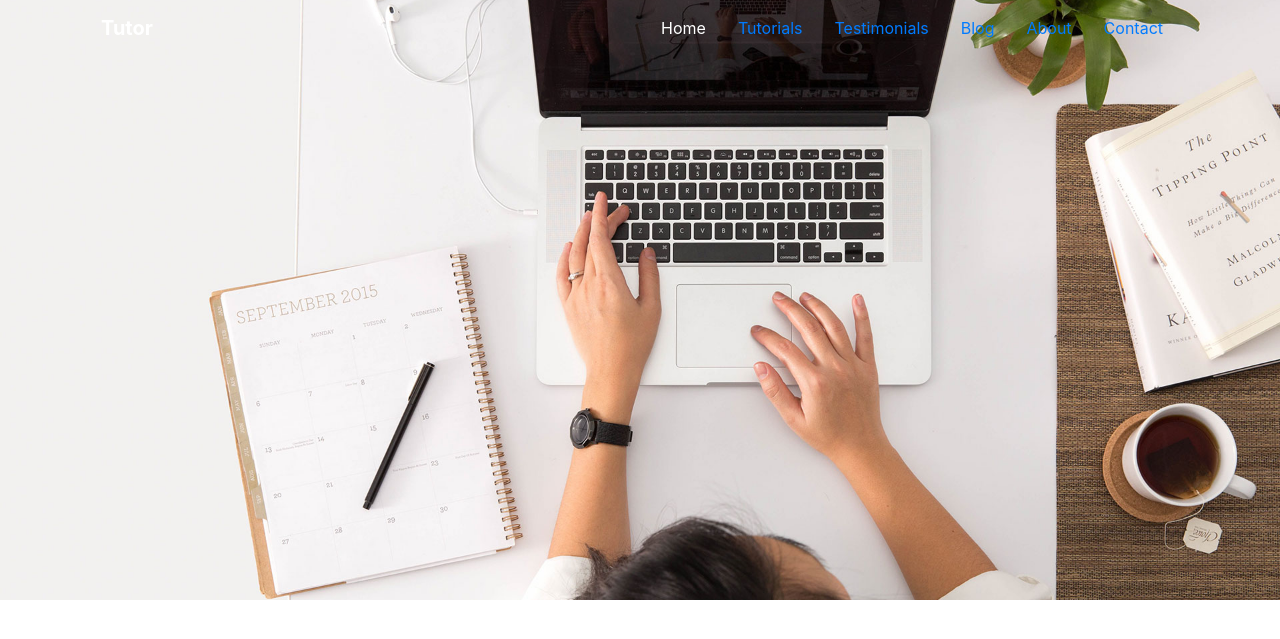
Repository: longvh2003/Tutor
Page: Views/home.html
The author's editor kept a copy of each file at every save. The page is drawn from the files as they stood at one save, then again after the next save.
The browser window is 1280 px wide. The pictures show the whole page.
Some web libraries are served in a nearby version.

Above is the page before, as saved 2020-08-12 16:12:28.

### Views/home.html
<html lang="en">

<head>
    <meta charset="UTF-8">
    <meta name="viewport" content="width=device-width, initial-scale=1.0">
    <title>Home</title>
    <link rel="stylesheet" href="https://stackpath.bootstrapcdn.com/bootstrap/4.5.2/css/bootstrap.min.css"
        integrity="sha384-JcKb8q3iqJ61gNV9KGb8thSsNjpSL0n8PARn9HuZOnIxN0hoP+VmmDGMN5t9UJ0Z" crossorigin="anonymous">
    <link rel="stylesheet" href="https://use.fontawesome.com/releases/v5.12.0/css/all.css"
        integrity="sha384-REHJTs1r2ErKBuJB0fCK99gCYsVjwxHrSU0N7I1zl9vZbggVJXRMsv/sLlOAGb4M" crossorigin="anonymous" />
    <link rel="stylesheet" href="../Css/home.css">
</head>

<body>
    <section class="header">
        <div class="container">
            <nav class="navbar navbar-light">
                <a class="navbar-brand text-white" href="#"><strong>Tutor</strong></a>
                <ul class="nav justify-content-center">
                    <li class="nav-item">
                        <a class="nav-link text-white" href="#">Home</a>
                    </li>
                    <li class="nav-item">
                        <a class="nav-link" href="#">Tutorials</a>
                    </li>
                    <li class="nav-item">
                        <a class="nav-link" href="#">Testimonials</a>
                    </li>
                    <li class="nav-item">
                        <a class="nav-link" href="#">Blog</a>
                    </li>
                    <li class="nav-item">
                        <a class="nav-link" href="#">About</a>
                    </li>
                    <li class="nav-item">
                        <a class="nav-link" href="#">Contact</a>
                    </li>
                </ul>
            </nav>
        </div>
    </section>
</body>

</html>

### Css/home.css
body {
  font-family: "Raleway", -apple-system, BlinkMacSystemFont, "Segoe UI", Roboto,
    "Helvetica Neue", Arial, "Noto Sans", sans-serif, "Apple Color Emoji",
    "Segoe UI Emoji", "Segoe UI Symbol", "Noto Color Emoji";
}
.header{
    background: url(../Image/hero_bg.jpg) no-repeat center center;
    height: 600px;
    background-size: cover;
}

After the next save:
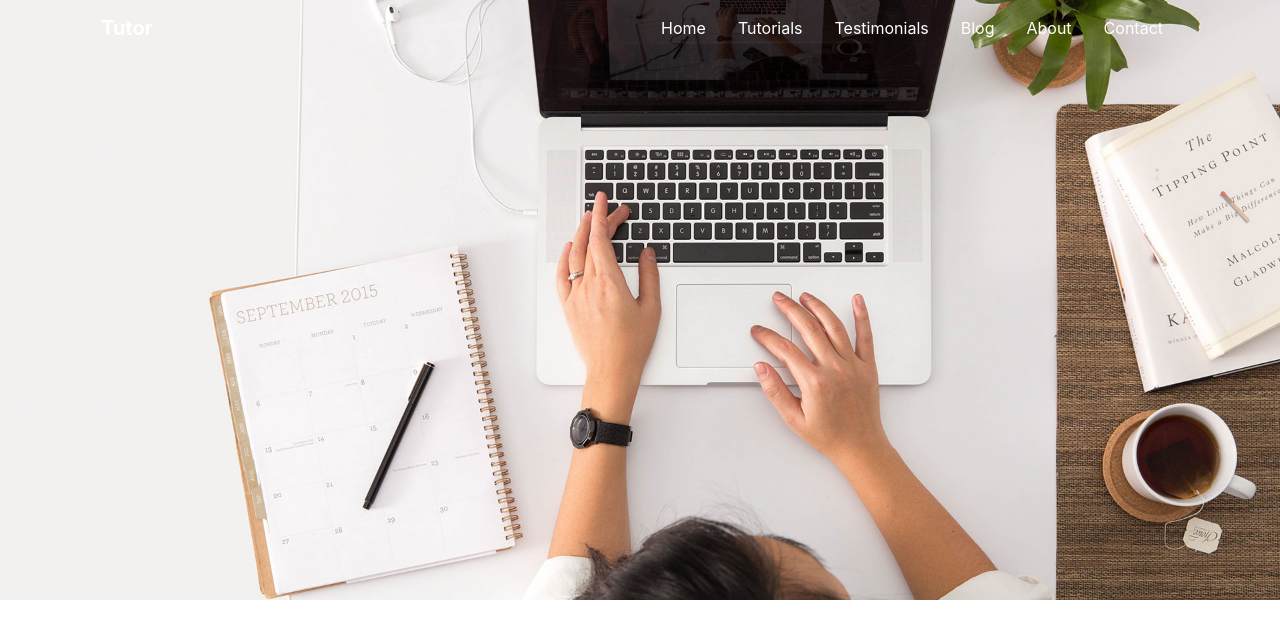
Saved 8 s later.
--- a/Views/home.html
+++ b/Views/home.html
@@ -21,19 +21,19 @@
                         <a class="nav-link text-white" href="#">Home</a>
                     </li>
                     <li class="nav-item">
-                        <a class="nav-link" href="#">Tutorials</a>
+                        <a class="nav-link text-white" href="#">Tutorials</a>
                     </li>
                     <li class="nav-item">
-                        <a class="nav-link" href="#">Testimonials</a>
+                        <a class="nav-link text-white" href="#">Testimonials</a>
                     </li>
                     <li class="nav-item">
-                        <a class="nav-link" href="#">Blog</a>
+                        <a class="nav-link text-white" href="#">Blog</a>
                     </li>
                     <li class="nav-item">
-                        <a class="nav-link" href="#">About</a>
+                        <a class="nav-link text-white" href="#">About</a>
                     </li>
                     <li class="nav-item">
-                        <a class="nav-link" href="#">Contact</a>
+                        <a class="nav-link text-white" href="#">Contact</a>
                     </li>
                 </ul>
             </nav>
